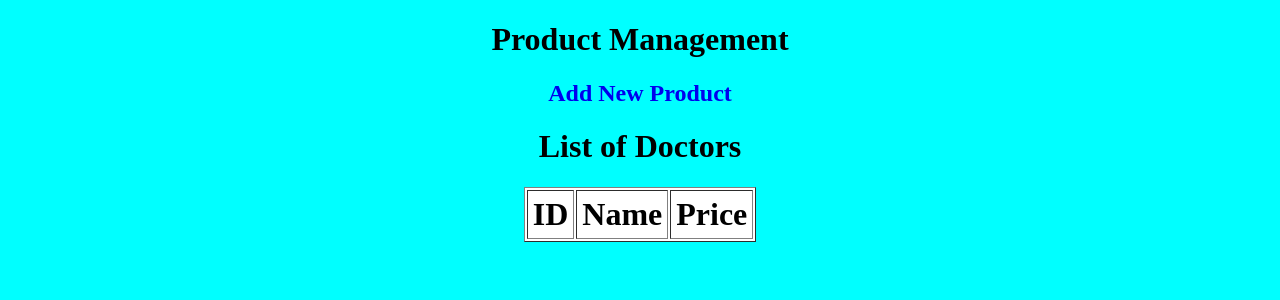
Repository: pawankas/Java_Personal
Page: http://localhost/ProductManagement/Index.jsp
These files come from the project's save history. The page is drawn as it stood at one moment and after the next save; the edit follows.
The browser window is 1280 px wide. The pictures show the whole page.
The page is served by Tomcat 9. Nobody is signed in. The application's start-up code is not run. Queries for data that is not in the repository find no rows.

Above is the page before, as saved 2022-03-09 06:07:57.

After the next save:
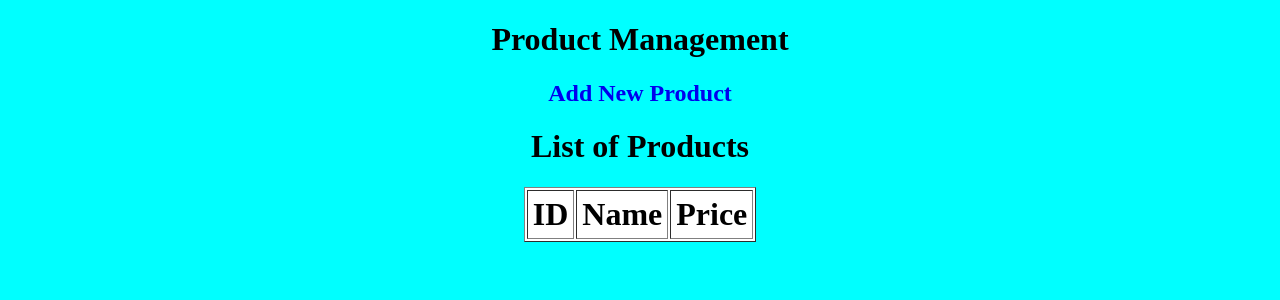
Saved 119 s later.
--- a/ProductManagement/WebContent/Index.jsp
+++ b/ProductManagement/WebContent/Index.jsp
@@ -24,7 +24,7 @@ a {
       <a href="addProduct.jsp">Add New Product</a><br>
     </h2>
     <!--  All Product shows-->
-    <h1 align="center">List of Doctors</h1>
+    <h1 align="center">List of Products</h1>
     <table border="1" align="center" cellpadding="5"
       style="font-size: 200%; font-family: inherit; font-style: normal; background-color: window;">
       <tr>
